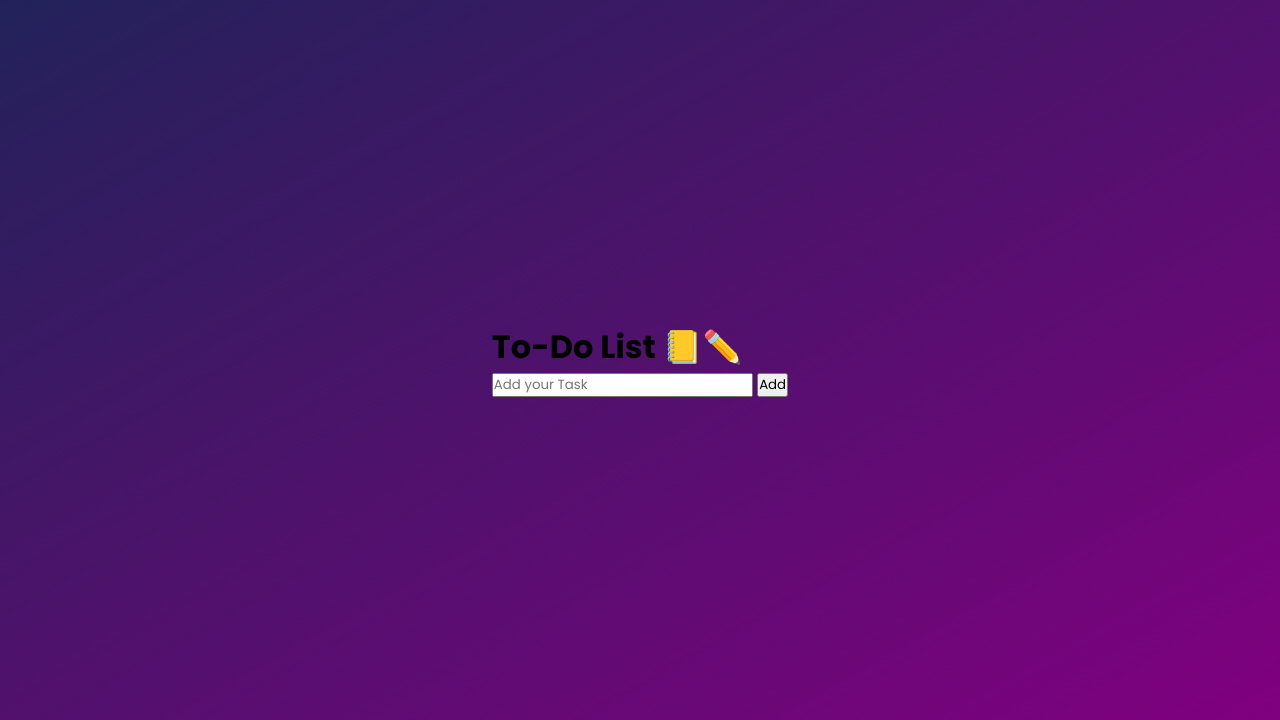
Repository: Ankitkr2021/To-Do-List
Page: index.html
These files come from the project's save history. The page is drawn as it stood at one moment and after the next save; the edit follows.
The browser window is 1280 px wide. The pictures show the whole page.

Above is the page before, as saved 2025-10-03 10:01:05.

After the next save:
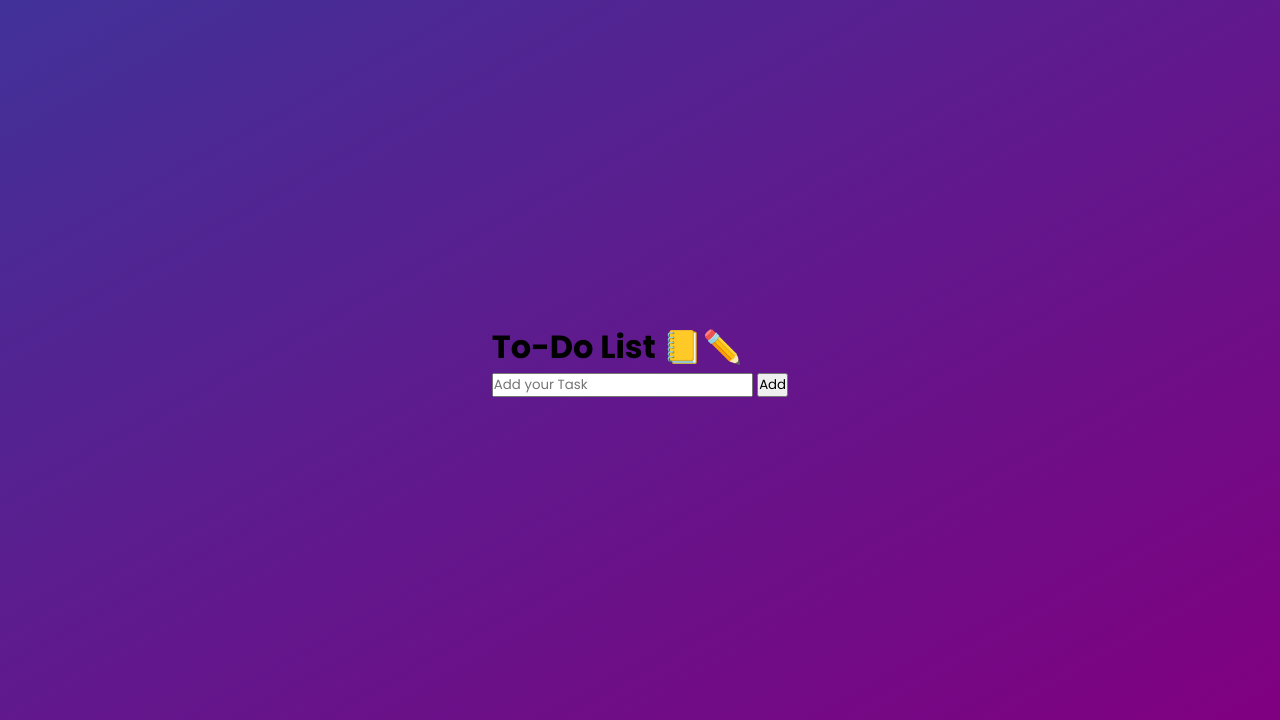
Saved 15 s later.
--- a/style.css
+++ b/style.css
@@ -12,5 +12,5 @@ body{
     justify-content: center;
     align-items: center;
     height: 100vh;
-    background: linear-gradient(to bottom right, rgb(34, 34, 90), purple);
+    background: linear-gradient(to bottom right, rgba(40, 22, 139, 0.884), purple);
 }
